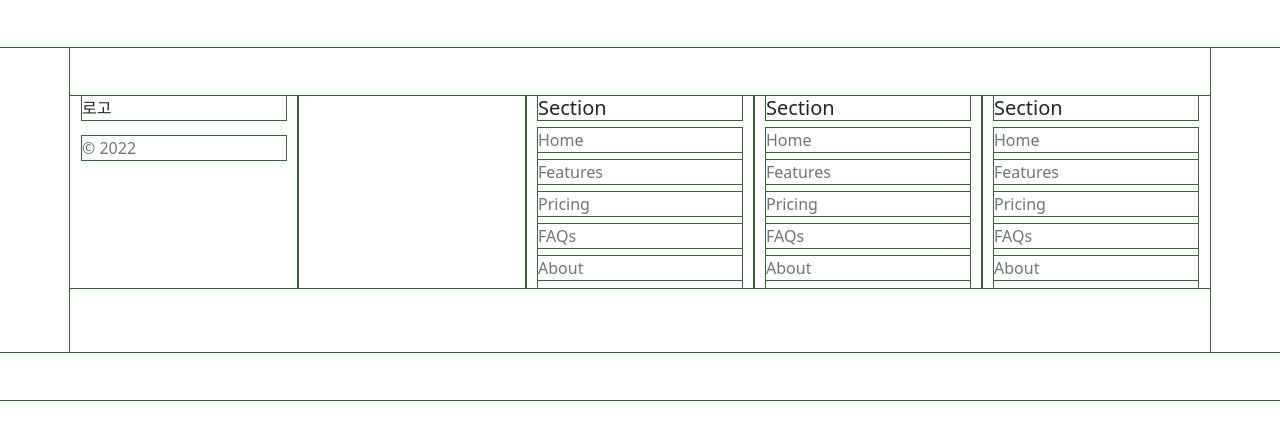
Repository: raoniee/Elice-House-Project
Page: FE/src/components/footer/footer.html
An editor plug-in stored every save of this project. The page is shown before and after the next save, followed by the edit.
The browser window is 1280 px wide. The pictures show the whole page.

Above is the page before, as saved 2023-07-04 16:52:32.

### FE/src/components/footer/footer.html
<!DOCTYPE html>
<html lang="ko">
  <head>
    <meta charset="UTF-8" />
    <meta http-equiv="X-UA-Compatible" content="IE=edge" />
    <meta name="viewport" content="width=device-width, initial-scale=1.0" />
    <title>Elice-House</title>
    <link
      href="https://cdn.jsdelivr.net/npm/bootstrap@5.2.3/dist/css/bootstrap.min.css"
      rel="stylesheet"
      integrity="sha384-rbsA2VBKQhggwzxH7pPCaAqO46MgnOM80zW1RWuH61DGLwZJEdK2Kadq2F9CUG65"
      crossorigin="anonymous"
    />
    <style>
      * {
        outline: 1px solid #363;
      }
    </style>
  </head>
  <body>
    <div class="container">
      <footer class="row row-cols-1 row-cols-sm-2 row-cols-md-5 py-5 my-5">
        <div class="col mb-3">
          <a
            href="/"
            class="d-flex align-items-center mb-3 link-dark text-decoration-none"
          >
            로고
          </a>
          <p class="text-muted">&copy; 2022</p>
        </div>

        <div class="col mb-3"></div>

        <div class="col mb-3">
          <h5>Section</h5>
          <ul class="nav flex-column">
            <li class="nav-item mb-2">
              <a href="#" class="nav-link p-0 text-muted">Home</a>
            </li>
            <li class="nav-item mb-2">
              <a href="#" class="nav-link p-0 text-muted">Features</a>
            </li>
            <li class="nav-item mb-2">
              <a href="#" class="nav-link p-0 text-muted">Pricing</a>
            </li>
            <li class="nav-item mb-2">
              <a href="#" class="nav-link p-0 text-muted">FAQs</a>
            </li>
            <li class="nav-item mb-2">
              <a href="#" class="nav-link p-0 text-muted">About</a>
            </li>
          </ul>
        </div>

        <div class="col mb-3">
          <h5>Section</h5>
          <ul class="nav flex-column">
            <li class="nav-item mb-2">
              <a href="#" class="nav-link p-0 text-muted">Home</a>
            </li>
            <li class="nav-item mb-2">
              <a href="#" class="nav-link p-0 text-muted">Features</a>
            </li>
            <li class="nav-item mb-2">
              <a href="#" class="nav-link p-0 text-muted">Pricing</a>
            </li>
            <li class="nav-item mb-2">
              <a href="#" class="nav-link p-0 text-muted">FAQs</a>
            </li>
            <li class="nav-item mb-2">
              <a href="#" class="nav-link p-0 text-muted">About</a>
            </li>
          </ul>
        </div>

        <div class="col mb-3">
          <h5>Section</h5>
          <ul class="nav flex-column">
            <li class="nav-item mb-2">
              <a href="#" class="nav-link p-0 text-muted">Home</a>
            </li>
            <li class="nav-item mb-2">
              <a href="#" class="nav-link p-0 text-muted">Features</a>
            </li>
            <li class="nav-item mb-2">
              <a href="#" class="nav-link p-0 text-muted">Pricing</a>
            </li>
            <li class="nav-item mb-2">
              <a href="#" class="nav-link p-0 text-muted">FAQs</a>
            </li>
            <li class="nav-item mb-2">
              <a href="#" class="nav-link p-0 text-muted">About</a>
            </li>
          </ul>
        </div>
      </footer>
    </div>
    <script
      src="https://cdn.jsdelivr.net/npm/bootstrap@5.2.3/dist/js/bootstrap.bundle.min.js"
      integrity="sha384-kenU1KFdBIe4zVF0s0G1M5b4hcpxyD9F7jL+jjXkk+Q2h455rYXK/7HAuoJl+0I4"
      crossorigin="anonymous"
    ></script>
  </body>
</html>

After the next save:
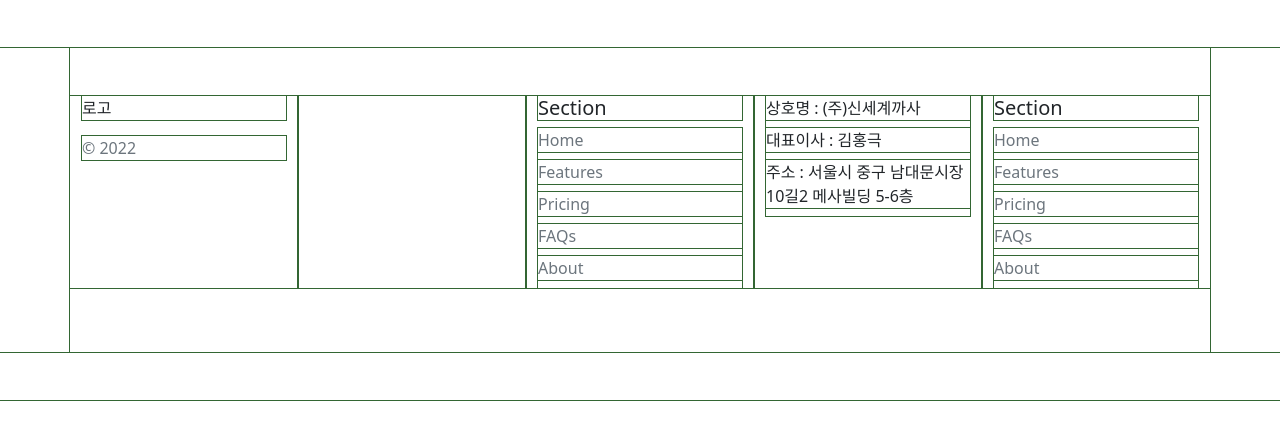
Saved 61 s later.
--- a/FE/src/components/footer/footer.html
+++ b/FE/src/components/footer/footer.html
@@ -54,22 +54,11 @@
         </div>
 
         <div class="col mb-3">
-          <h5>Section</h5>
           <ul class="nav flex-column">
+            <li class="nav-item mb-2">상호명 : (주)신세계까사</li>
+            <li class="nav-item mb-2">대표이사 : 김홍극</li>
             <li class="nav-item mb-2">
-              <a href="#" class="nav-link p-0 text-muted">Home</a>
-            </li>
-            <li class="nav-item mb-2">
-              <a href="#" class="nav-link p-0 text-muted">Features</a>
-            </li>
-            <li class="nav-item mb-2">
-              <a href="#" class="nav-link p-0 text-muted">Pricing</a>
-            </li>
-            <li class="nav-item mb-2">
-              <a href="#" class="nav-link p-0 text-muted">FAQs</a>
-            </li>
-            <li class="nav-item mb-2">
-              <a href="#" class="nav-link p-0 text-muted">About</a>
+              주소 : 서울시 중구 남대문시장10길2 메사빌딩 5-6층
             </li>
           </ul>
         </div>
